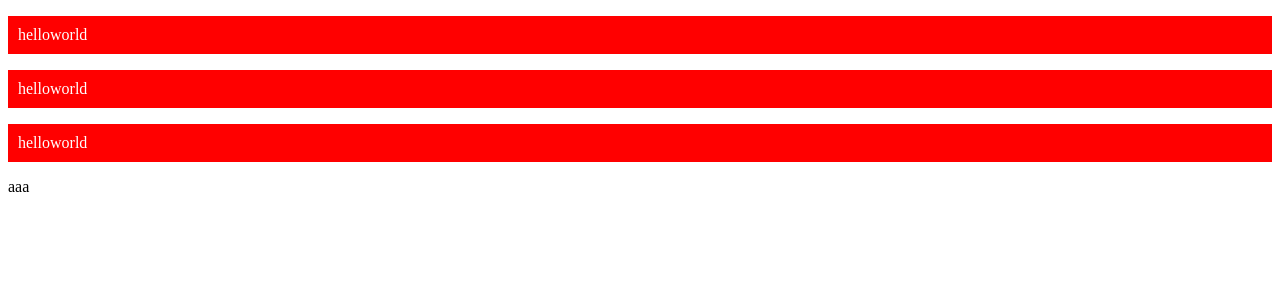
Repository: yeyanghui0616/web-components-test
Page: 01-hellolworld.html
An editor plug-in stored every save of this project. The page is shown before and after the next save, followed by the edit.
The browser window is 1280 px wide. The pictures show the whole page.

Above is the page before, as saved 2023-07-17 14:29:53.

After the next save:
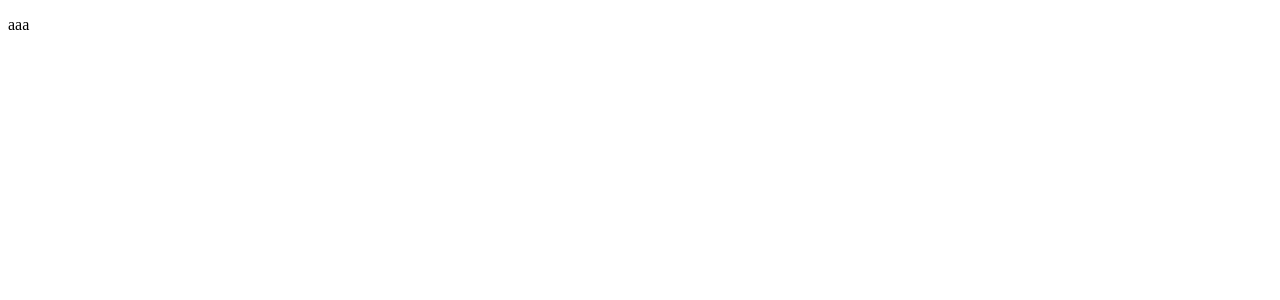
Console error (its wording comes from the project's code and is left out).
Saved 15 s later.
--- a/01-hellolworld.html
+++ b/01-hellolworld.html
@@ -42,7 +42,7 @@
         }
 
         // customElements.define('组件的名字',组件类)
-        customElements.define('hello-world', HelloWorld)
+        customElements.define('helloWorld', HelloWorld)
 
     </script>
 

After the save that followed:
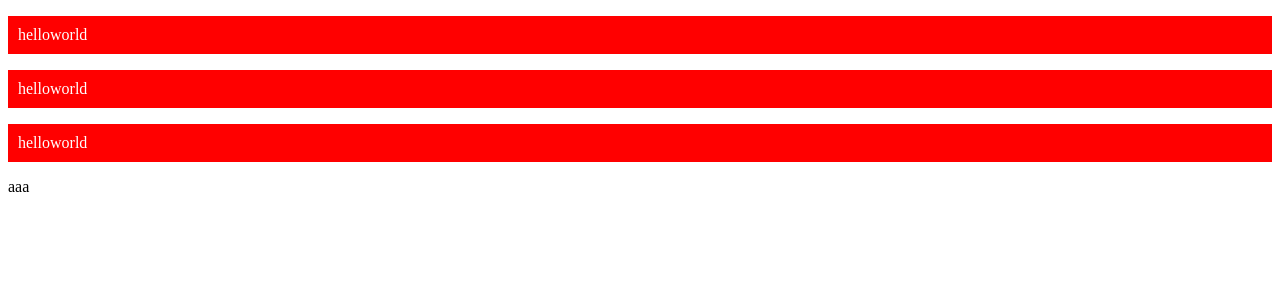
The error is gone.
Saved 7 s later.
--- a/01-hellolworld.html
+++ b/01-hellolworld.html
@@ -42,7 +42,7 @@
         }
 
         // customElements.define('组件的名字',组件类)
-        customElements.define('helloWorld', HelloWorld)
+        customElements.define('hello-world', HelloWorld)
 
     </script>
 
